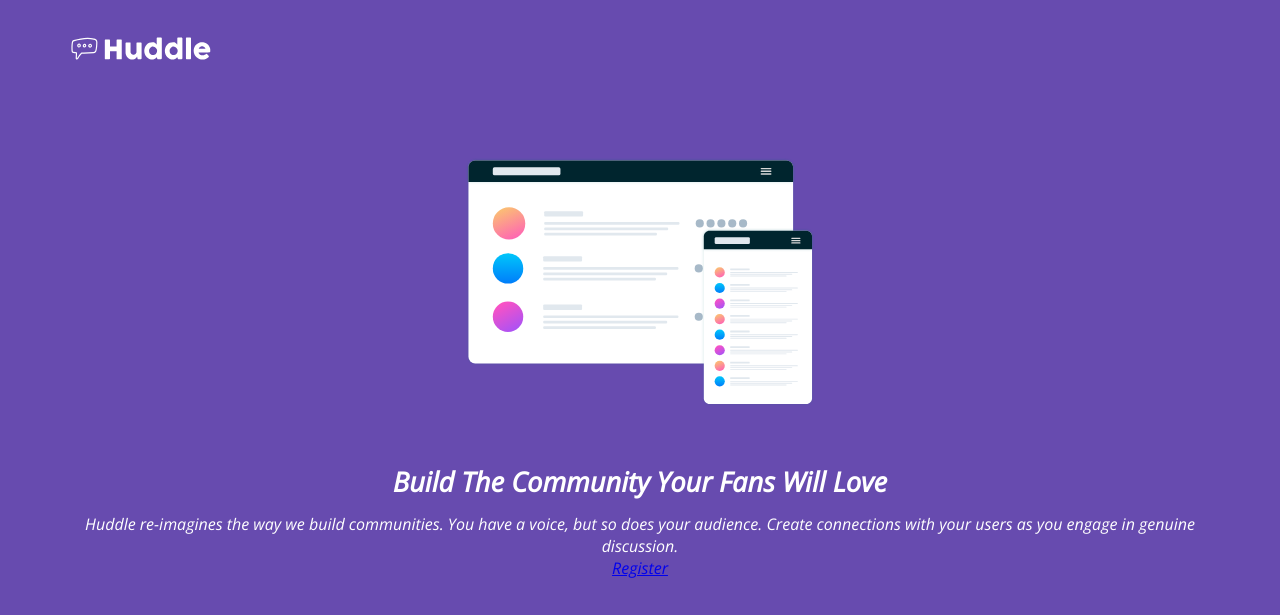
Repository: ivanvqz/huddle-landing-page
Page: index.html
These files come from the project's save history. The page is drawn as it stood at one moment and after a run of saves; the edit follows.
The browser window is 1280 px wide. The pictures show the part of the page from y = 0 to 615 px (the page is 1000 px tall before and 1005 px after).
A picture or video elsewhere on the page could not be fetched, so the positions and the page height are approximate.

Above is the page before, as saved 2022-10-19 22:43:52.

After the next 5 saves:
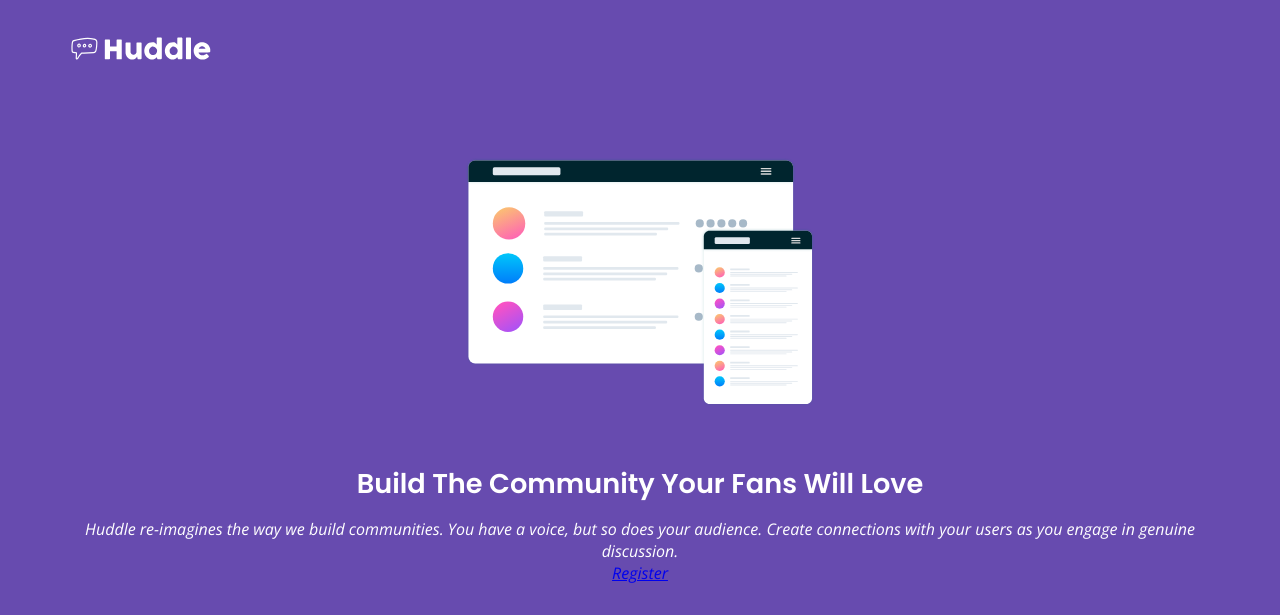
The 5 saves are shown as one change because they came seconds apart.
The last was saved 18 s later.
--- a/css/style.css
+++ b/css/style.css
@@ -60,6 +60,6 @@
 
 .hero__title {
     font-size: 1.7rem;
-    font-weight: 700;
+    font-family: var(--font2);
     margin-bottom: 0.5em;
 }
